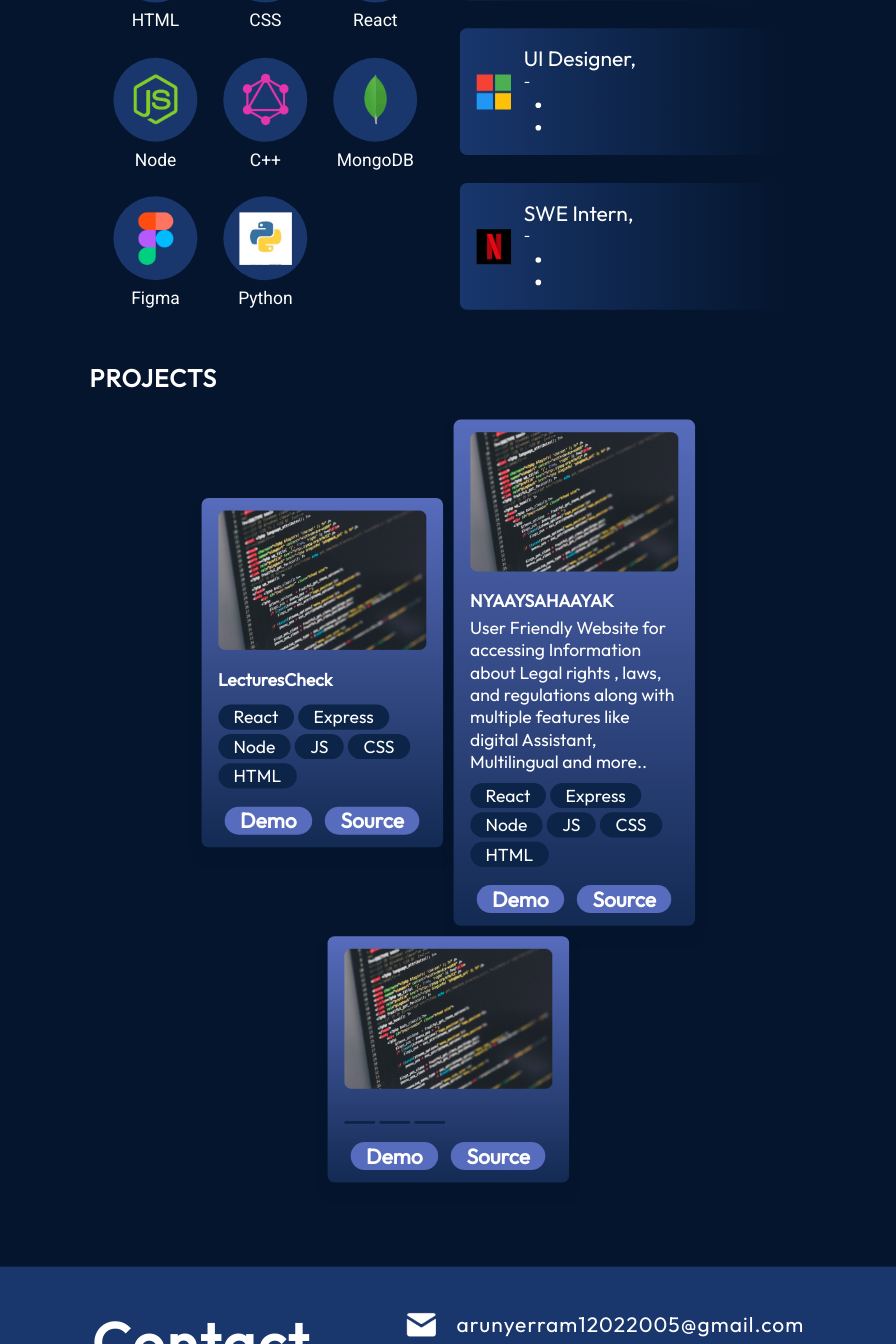
Repository: ARUN-YERRAM/Arun-Yerram-s-Portfolio-Website
Page: /
These files come from the project's save history. The page is drawn as it stood at one moment and after the next save; the edit follows.
The browser window is 1280 px wide. The pictures show the part of the page from y = 1659 to 3579 px (the page is 3786 px tall), at 70% of full size.
The project was rebuilt for these pictures with package versions that can differ from the ones it lists, and the page was loaded fresh each time. Also part of the build but not shown: vite.config.js.

Above is the page before, as saved 2024-06-25 21:31:07.

After the next save:
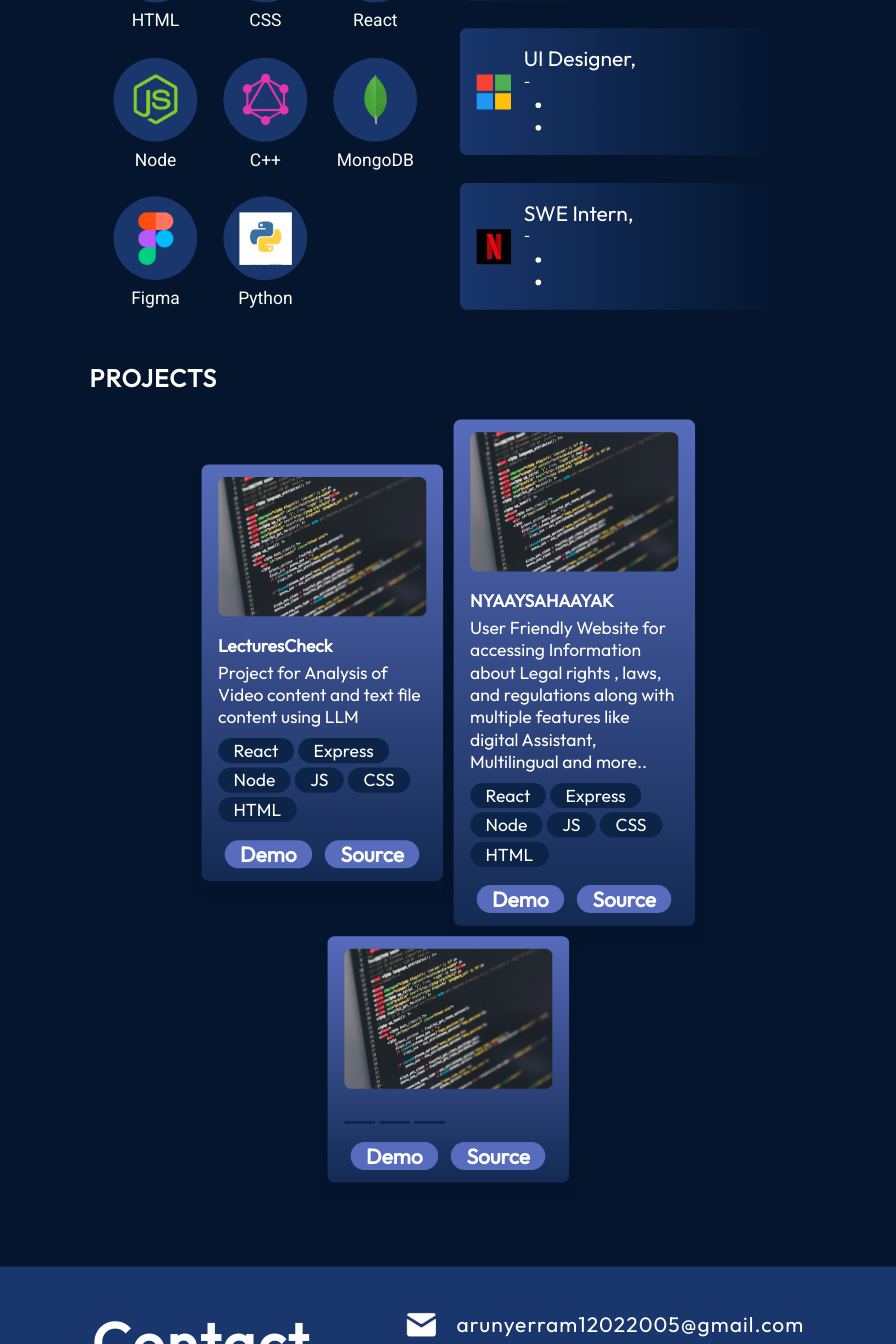
Saved 1 s later.
--- a/src/data/projects.json
+++ b/src/data/projects.json
@@ -2,7 +2,7 @@
   {
     "title": "LecturesCheck",
     "imageSrc": "projects/project.png",
-    "description": "",
+    "description": "Project for Analysis of Video content and text file content using LLM ",
     "skills": ["React", "Express", "Node","JS","CSS","HTML"],
     "demo": "",
     "source": "https://github.com/ARUN-YERRAM/LecturesCheck"
